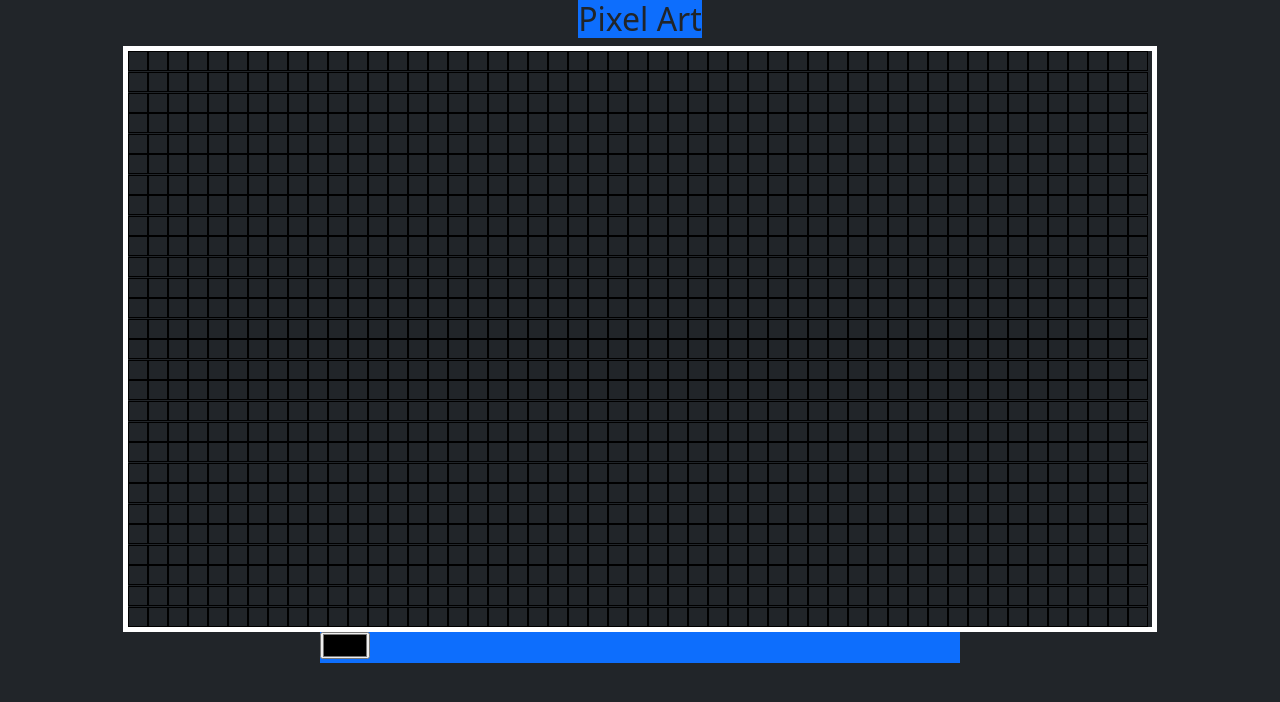
Repository: bechara611/pixelartdb
Page: /
An editor plug-in stored every save of this project. The page is shown before and after the next save, followed by the edit.
The browser window is 1280 px wide. The pictures show the whole page.
The project was rebuilt for these pictures with package versions that can differ from the ones it lists, and the page was loaded fresh each time. Also part of the build but not shown: vite.config.js.

Above is the page before, as saved 2023-03-07 11:47:14.

After the next save:
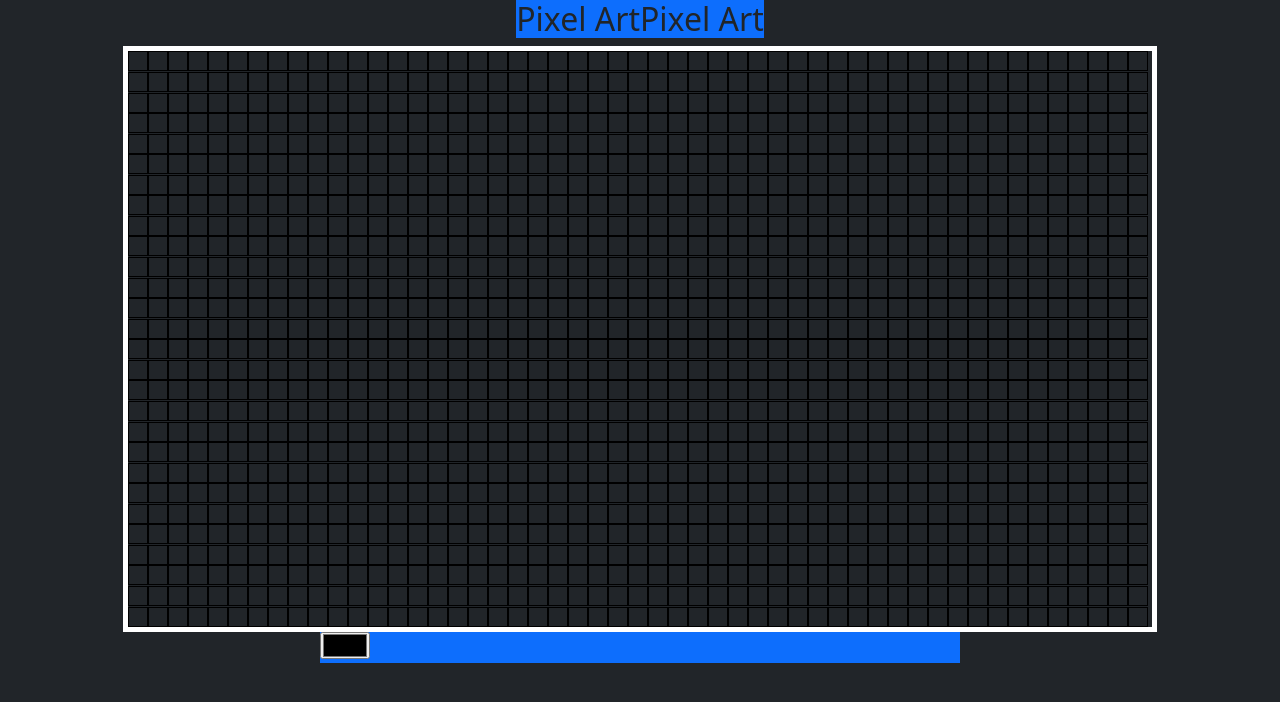
Saved 22 s later.
--- a/src/App.jsx
+++ b/src/App.jsx
@@ -55,6 +55,7 @@ const App = () => {
       <div className="bg-dark fondo">
         <div className="contenedor-mayor header">
           <h2 className='bg-primary'>Pixel Art</h2>
+          <h2 className='bg-primary'>Pixel Art</h2>
         </div>
 
         <div className="contenedor-mayor ">
